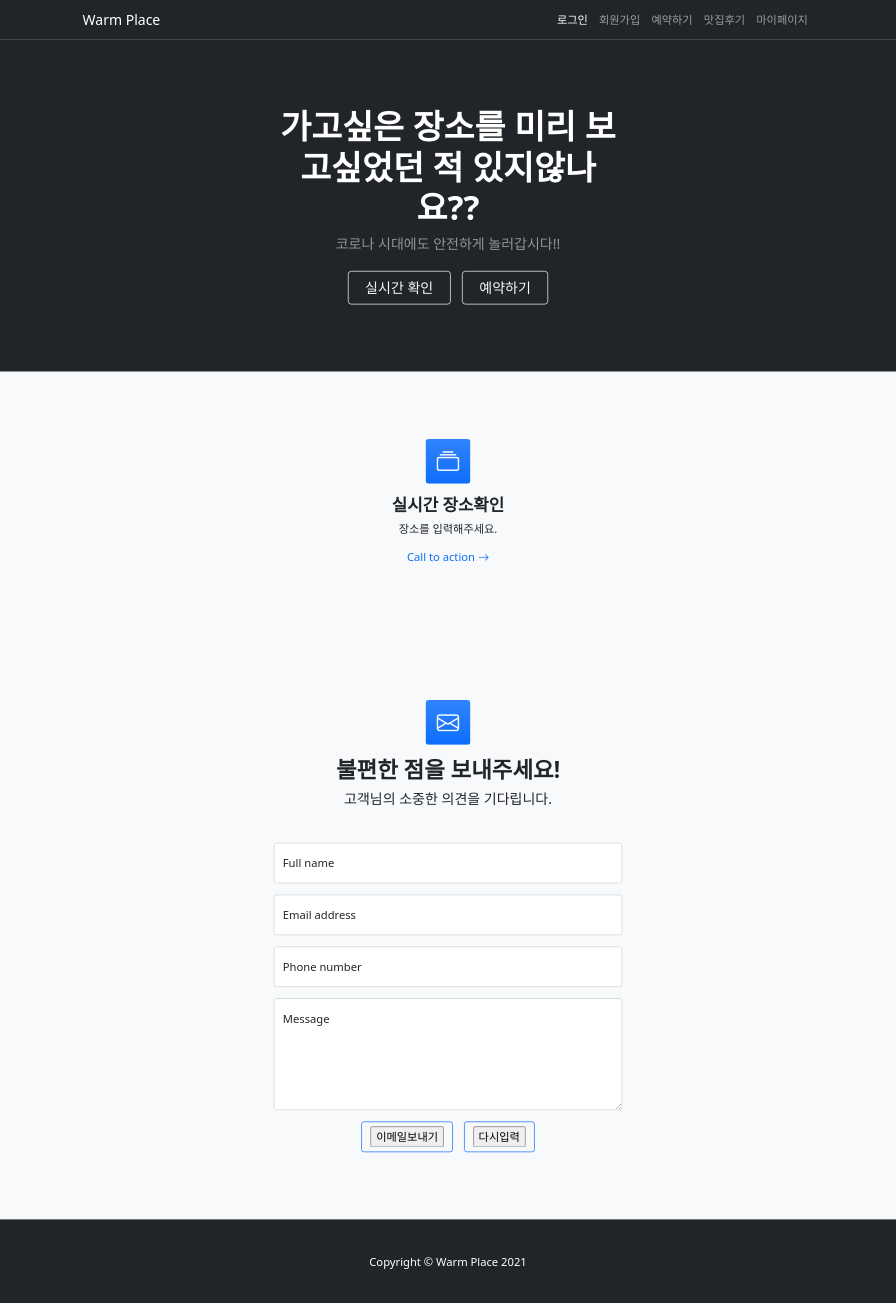
Repository: jaunnnngs/HackaTone
Page: http://localhost/StunProjects/St_Join/main.jsp
The author's editor kept a copy of each file at every save. The page is drawn from the files as they stood at one save, then again after the next save.
The browser window is 1280 px wide. The pictures show the whole page, at 70% of full size.
Some web libraries are served in a nearby version. The page is served by Tomcat 9.

Above is the page before, as saved 2021-08-12 01:58:28.

After the next save:
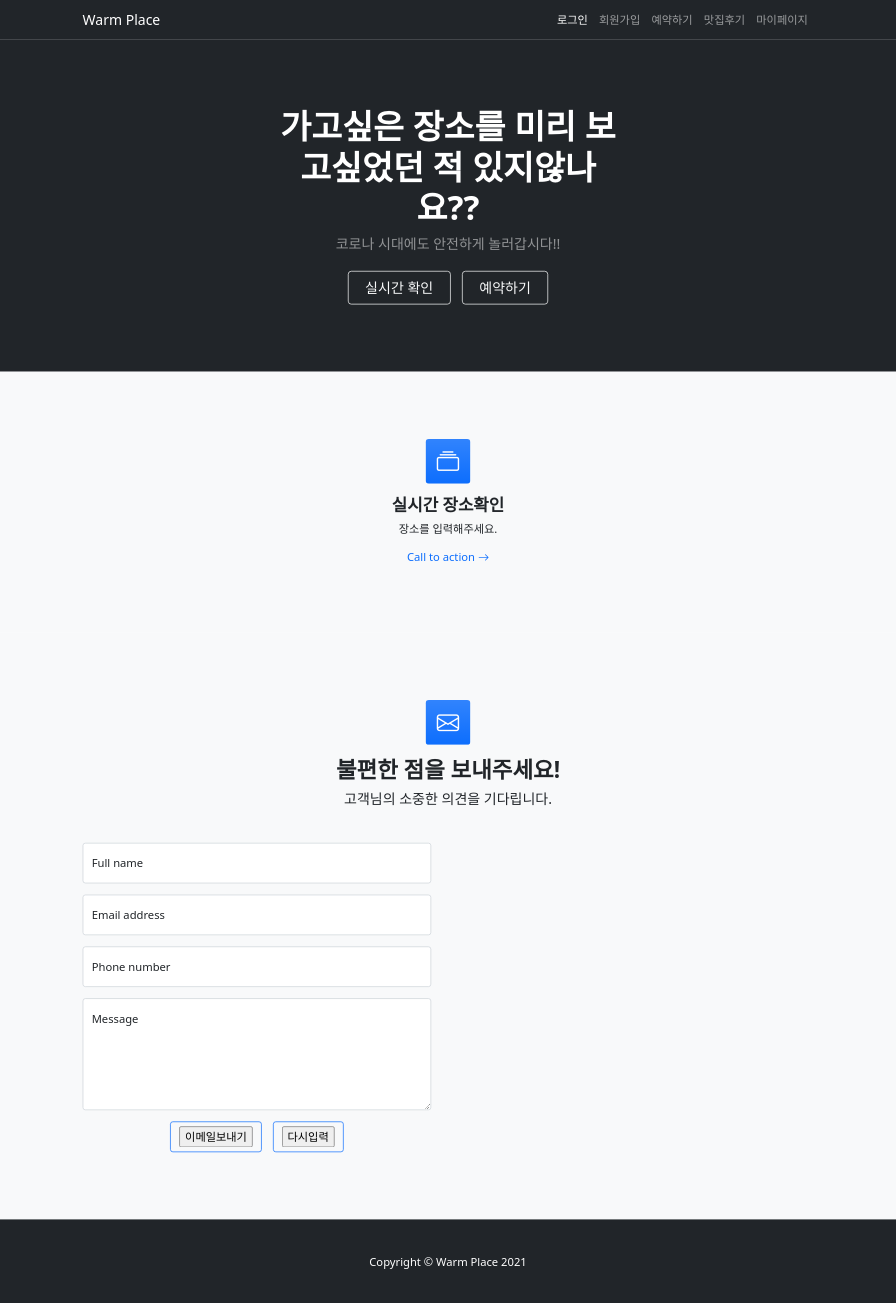
Saved 76 s later.
--- a/STUN_TEAM/StunProjects/src/main/webapp/St_Join/main.jsp
+++ b/STUN_TEAM/StunProjects/src/main/webapp/St_Join/main.jsp
@@ -101,7 +101,7 @@
                     <h2 class="fw-bolder">불편한 점을 보내주세요!</h2>
                     <p class="lead mb-0">고객님의 소중한 의견을 기다립니다.</p>
                 </div>
-                <div class="row gx-5 justify-content-center">
+                <div class="row gx-5 content-center">
                     <div class="col-lg-6">
                         <!-- * * * * * * * * * * * * * * *-->
                         <!-- * * SB Forms Contact Form * *-->

After the save that followed:
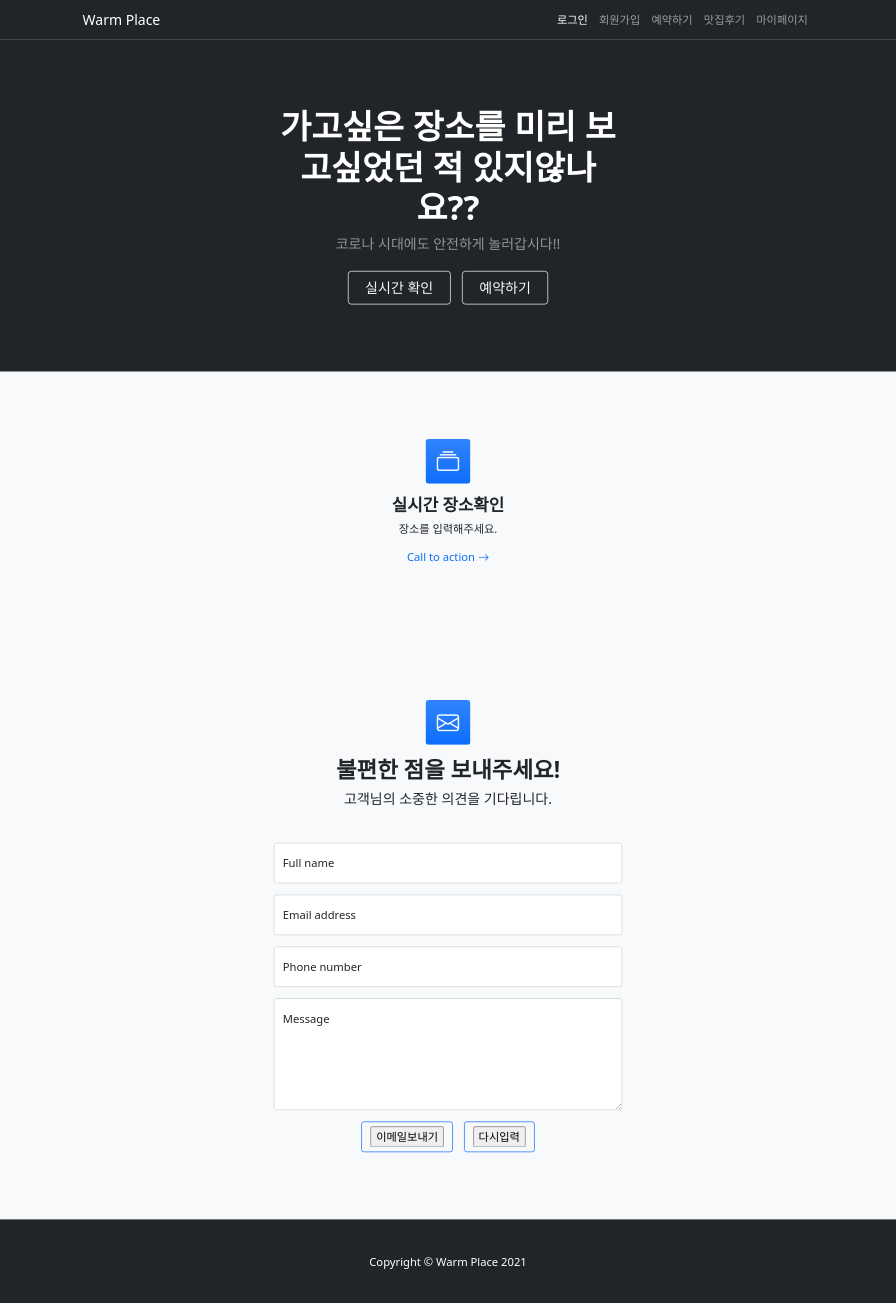
Saved 10 s later.
--- a/STUN_TEAM/StunProjects/src/main/webapp/St_Join/main.jsp
+++ b/STUN_TEAM/StunProjects/src/main/webapp/St_Join/main.jsp
@@ -101,7 +101,7 @@
                     <h2 class="fw-bolder">불편한 점을 보내주세요!</h2>
                     <p class="lead mb-0">고객님의 소중한 의견을 기다립니다.</p>
                 </div>
-                <div class="row gx-5 content-center">
+                <div class="row gx-5 justify-content-center">
                     <div class="col-lg-6">
                         <!-- * * * * * * * * * * * * * * *-->
                         <!-- * * SB Forms Contact Form * *-->
